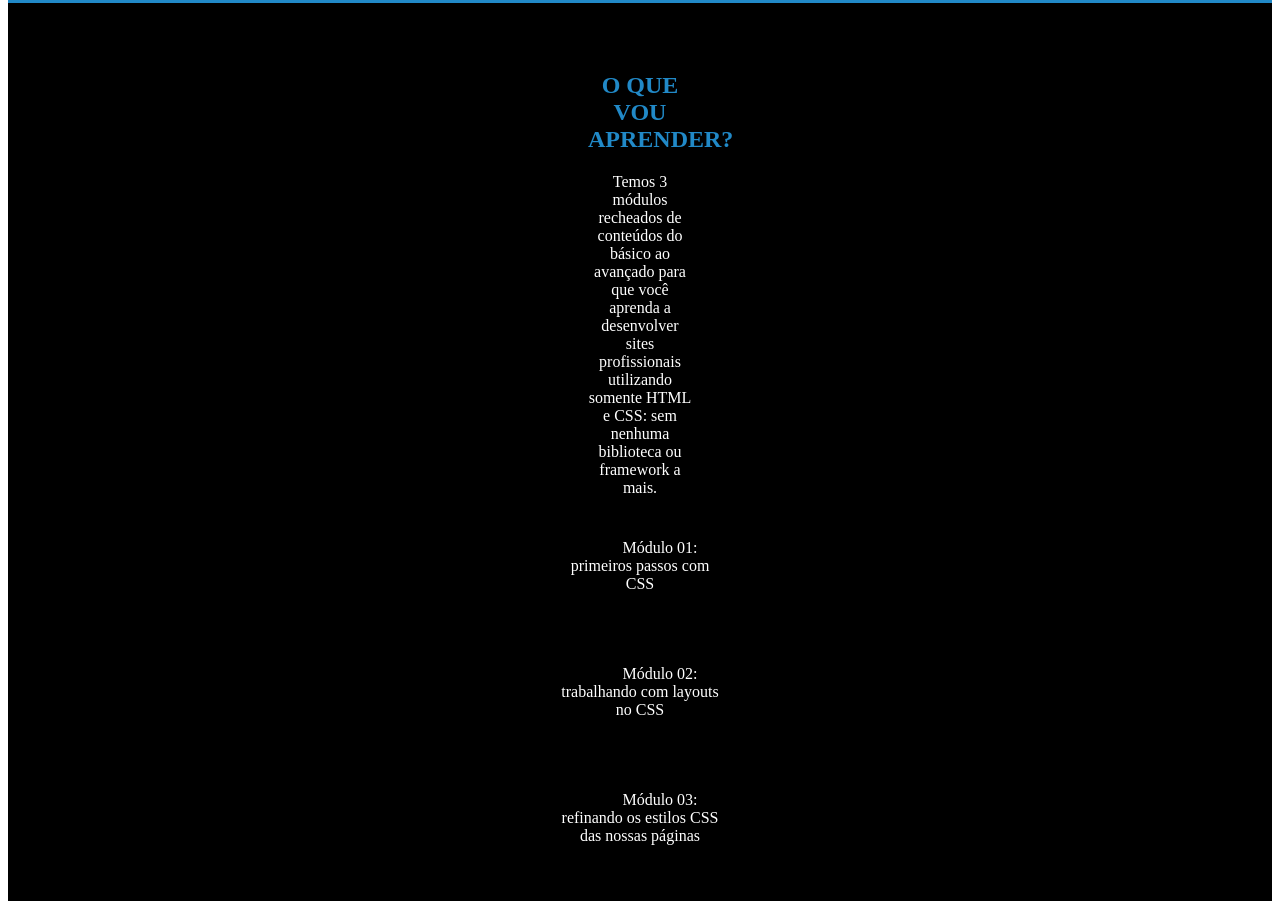
Repository: gustavotwist/trilha-css-desafio-01
Page: index.html
The author's editor kept a copy of each file at every save. The page is drawn from the files as they stood at one save, then again after a run of saves.
The browser window is 1280 px wide. The pictures show the part of the page from y = 449 to 1350 px (the page is 2197 px tall before and 2143 px after).
A picture or video elsewhere on the page could not be fetched, so the positions and the page height are approximate.

Above is the page before, as saved 2024-07-15 18:53:05.

### index.html
<!DOCTYPE html>
<html lang="en">
<head>
  <meta charset="UTF-8">
  <meta http-equiv="X-UA-Compatible" content="IE=edge">
  <meta name="viewport" content="width=device-width, initial-scale=1.0">
  <title>Trilha de CSS - DIO</title>
  <link rel="stylesheet" href="global.css">
</head>
<body>
  <header class="banner">
    <div class="banner-content">
      <div class="logo">
        <img src="assets/images/logo.png" title="Logotipo Trilha de CSS DIO" alt="Logotipo Trilha de CSS DIO">
      </div>
      <h1>Trilha de CSS da DIO</h1>
      <p>A nova Trilha de CSS da DIO está disponível. Acesse já e aprenda do zero como desenvolver sites profissionais.</p>
      <button>Quero me inscrever</button>
    </div>
  </header>
  <main>
    <section id="course-content">
      <h2>O que vou aprender?</h2>
      <p>
        Temos 3 módulos recheados de conteúdos do básico ao avançado para que você aprenda a
        desenvolver sites profissionais utilizando somente HTML e CSS: sem nenhuma biblioteca ou framework a mais.
      </p>
      <div class="modules-list">
        <div class="module">
          <span>Módulo 01:</span> primeiros passos com CSS
        </div>
        <div class="module">
          <span>Módulo 02:</span> trabalhando com layouts no CSS
        </div>
        <div class="module">
          <span>Módulo 03:</span> refinando os estilos CSS das nossas páginas
        </div>
      </div>
    </section>
    <section id="transform-world">
      <p>TRANSFORME O MUNDO COM A GENTE</p>
    </section>
    <section id="professional-challenges">
      <h2>Evolua e encare novos desafios profissionais</h2>
      <img src="assets/images/professional-challenges.png" title="Homem lendo depoimentos em um tablet" alt="Homem lendo depoimentos em um tablet">
      <p>
        Junte-se ao nosso ecossistema e transforme o mundo com a gente! Todos os dias dezenas de empresas
        acessam a nossa plataforma em busca dos talentos mais criativos, dinâmicos e colaborativos,
        além do conhecimento técnico.
        A nossa missão é te preparar para que você conecte-se com as melhores oportunidades.
      </p>
    </section>
  </main>
  <footer>
    <img class="dio-logo" src="assets/images/dio-logo.png" title="Logotipo DIO com o texto make the change" alt="Logotipo DIO com o texto make the change">
    <p>Acesse <a href="https://dio.me">dio.me</a> e se cadastre agora</p>
  </footer>
</body>
</html>

### global.css
.banner {
    background:url('/assets/images/banner.png'), no-repeat, linear-gradient(to bottom, #030709, #030709 10%, #0a1b23 50%, #030709 95%);
    color:white;
}

h1, h2 {
    color:#2189c7;
    text-transform:uppercase;
}

.banner-content {
    text-align:center;
    padding:70px;
    margin-bottom:30px;
}

.logo img{
    width:180px;
    radial-gradient(#030709, #061216);
}

button {
   background-color:transparent;
   color:#2189c7;
   border:solid #2189c7;
   padding:1em;
   width:22em;
   text-transform:uppercase;
   word-spacing:2px;
}

#course-content{
    border-top: solid  #2189c7;
    margin-top: -30px;
    padding:50px 580px;
    text-align:center;
    background-color:#000000;
}

section, p{
    color: white;
}


.modules-list {
    white-space:pre-wrap;
    margin:-28px;
    padding:-50px -40;
}

After the next 4 saves:
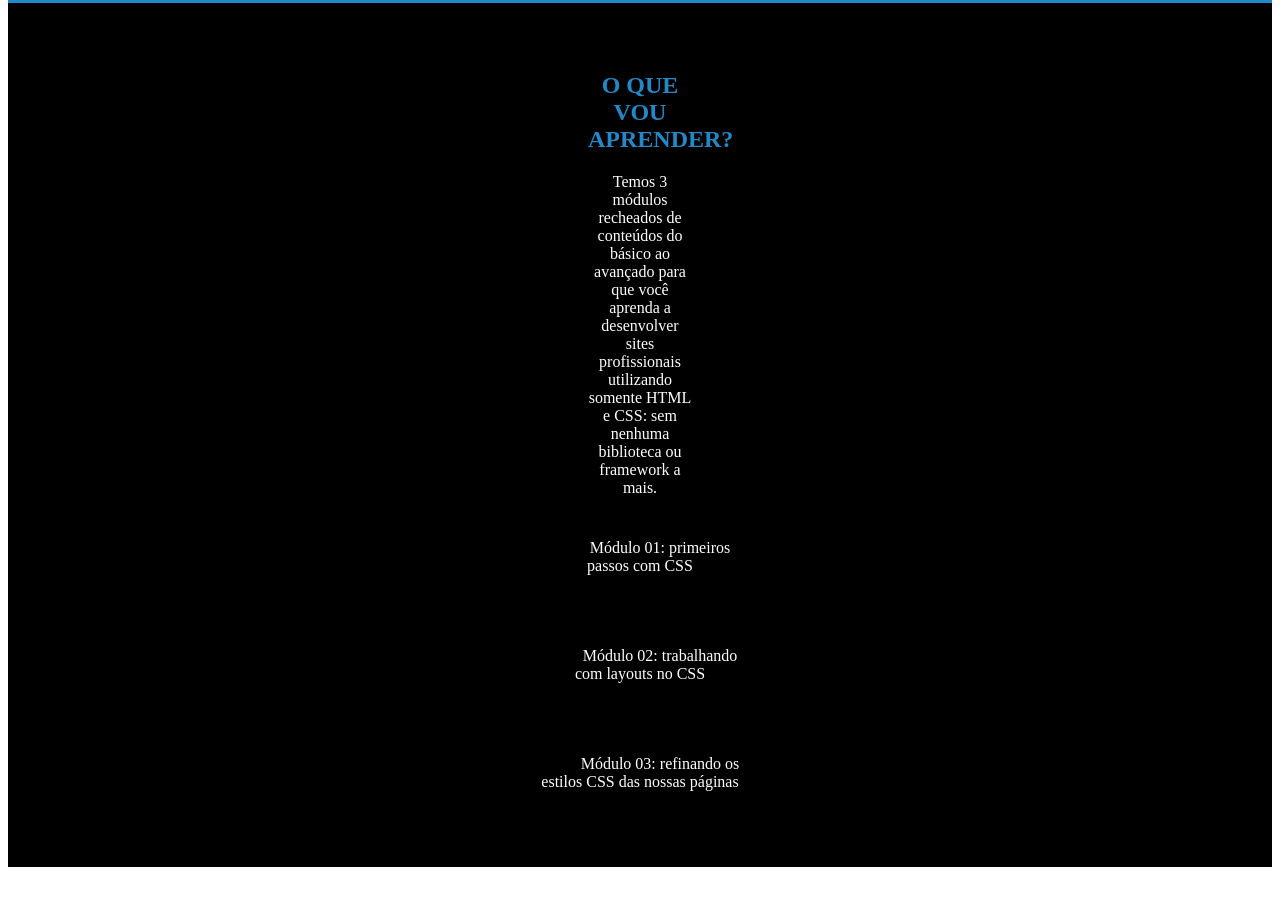
The 4 saves are shown as one change because they came seconds apart.
The last was saved 26 s later.
--- a/global.css
+++ b/global.css
@@ -44,6 +44,6 @@ section, p{
 
 .modules-list {
     white-space:pre-wrap;
-    margin:-28px;
+    margin:-28px -50px;
     padding:-50px -40;
 }
